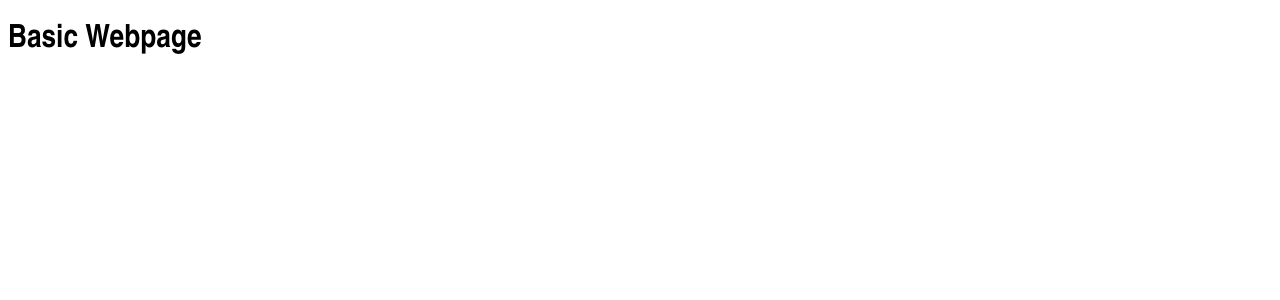
Repository: lasity34/basic-webpage
Page: index.html
An editor plug-in stored every save of this project. The page is shown before and after the next save, followed by the edit.
The browser window is 1280 px wide. The pictures show the whole page.

Above is the page before, as saved 2023-03-06 18:40:47.

### index.html
<!DOCTYPE html>
<html lang="en">
<head>
    <meta charset="UTF-8">
    <link rel="stylesheet" type="text/css" href="styles.css" />
    <meta http-equiv="X-UA-Compatible" content="IE=edge">
    <meta name="viewport" content="width=device-width, initial-scale=1.0">
    <title>Basic Webpage</title>
</head>
<body>
    <h1 id="landing_title">Basic Webpage</h1>
    <nav></nav>
</body>
</html>

### styles.css
/* global */

* {
  font-family: "Caveat", "Arial Narrow", Arial, sans-serif;
}

main {
  max-width: 95%;
  margin: 2rem auto;
}

li {
  list-style: none;
}

section {
  margin-top: 4rem;
  text-align: center;
}

/* profile */

#profile_name {
  font-size: 2rem;
  text-align: center;
}

#img_container {
  text-align: center;
}

#profile_img {
  width: 60%;
}

/* language */

table {
  margin: auto;

}

td,
th {
  border: 1px solid black;
  padding: 0.3em;
  width: 1%;
  text-align: left;
}

/* historic places */

.places_container {
  display: grid;
  grid-template-columns: 40% 50%;
  padding: 0.5em;
  justify-content: space-around;
}

.places_info {
  padding-right: 1.5em;
  text-align: center;
}

#places_info_hall {
  padding-left: 1.5em;
}

.places_container img {
  width: 50%;
  margin: auto;
}

/* max-width 767px */

@media (max-width: 567px) {
  .places_container {
    display: flex;
    flex-direction: column;
    margin: 0.5em 0;
    padding: 0 0.5em;
    border-top: 1px black solid;
  }

  .places_container img {
    width: 100%;
  }

  #places_info_hall {
    order: -1;
    padding-left: 0;
  }

  .places_info,
  #places_info_hall {
    margin-bottom: 2em;
  }
}

@media (min-width: 920px) {
  main {
    max-width: 95%;
  }

  #profile_section {
    display: grid;
    grid-template-columns: 50% 40%;
  }

  p, .places_info, #places_info_hall {
    margin: auto 0;

  }

  #city_section {
    display: grid;
    justify-content: space-around;
    grid-template-columns: 30% 50%;
  }

  #places_grid {
    display: grid;
    grid-template-columns: 33% 33% 33%;
  }

  #places_info_hall {
    order: -1;
  }

  .places_container {
    grid-template-columns: 60% 35%;
  }

}

/* landing page */

After the next save:
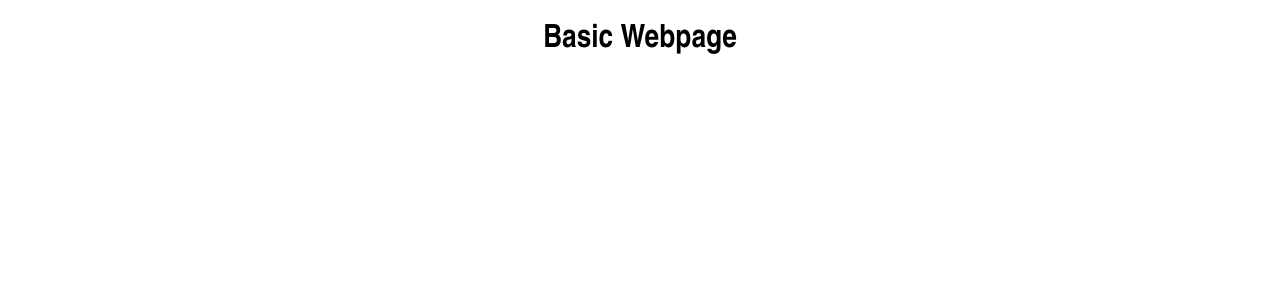
Saved 36 s later.
--- a/styles.css
+++ b/styles.css
@@ -134,3 +134,8 @@ th {
 }
 
 /* landing page */
+
+h1 {
+  text-align: center;
+  font-family: "Caveat", "Arial Narrow", Arial, sans-serif;
+}
